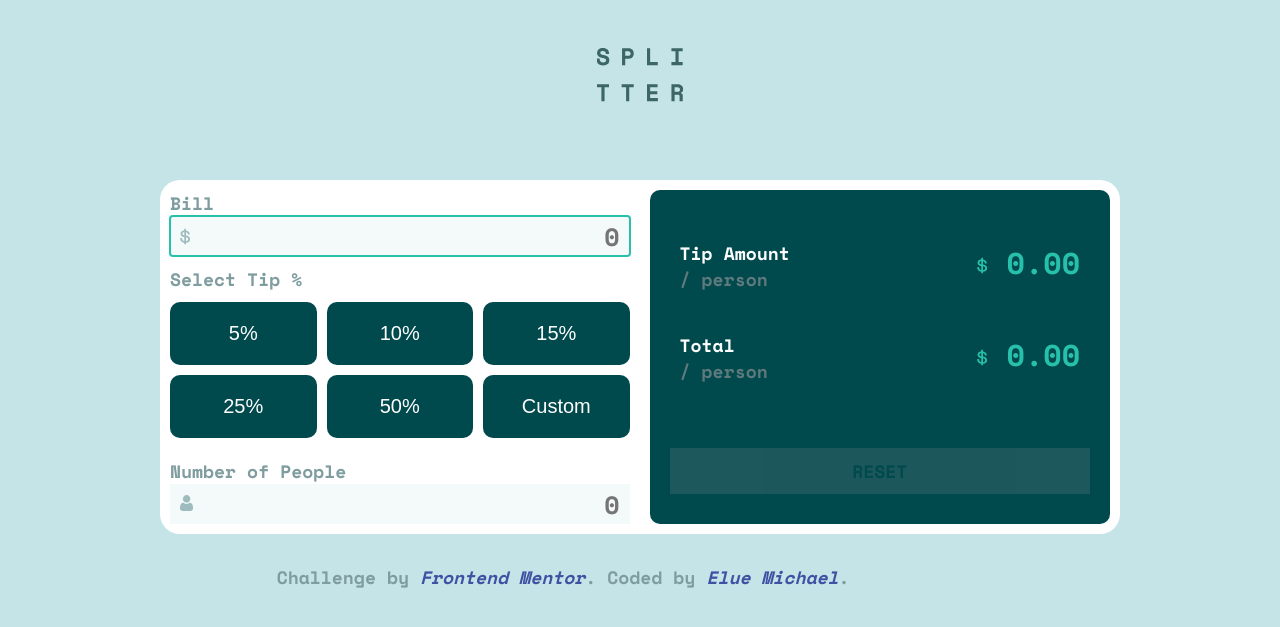
Repository: MeekyBerry/Frontend-Mentor-Challenges
Page: tip-calculator-app/index.html
The author's editor kept a copy of each file at every save. The page is drawn from the files as they stood at one save, then again after the next save.
The browser window is 1280 px wide. The pictures show the whole page.
The first visible `.icon-box` has the focus.

Above is the page before, as saved 2023-03-28 03:28:03.

After the next save:
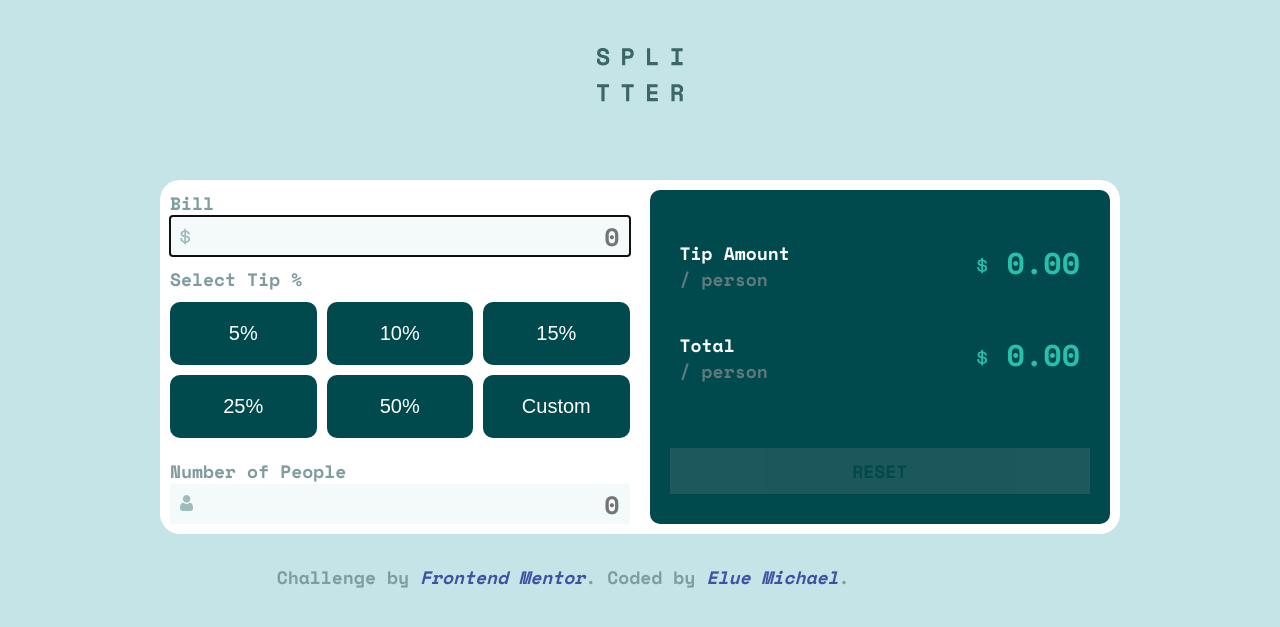
Saved 12 s later.
--- a/tip-calculator-app/css/style.css
+++ b/tip-calculator-app/css/style.css
@@ -70,10 +70,6 @@ label {
   background: var(--Very-light-grayish-cyan);
 }
 
-.icon-box:focus {
-  outline-color: var(--Strong-cyan);
-}
-
 .input-bar {
   width: 100%;
   height: 4rem;
